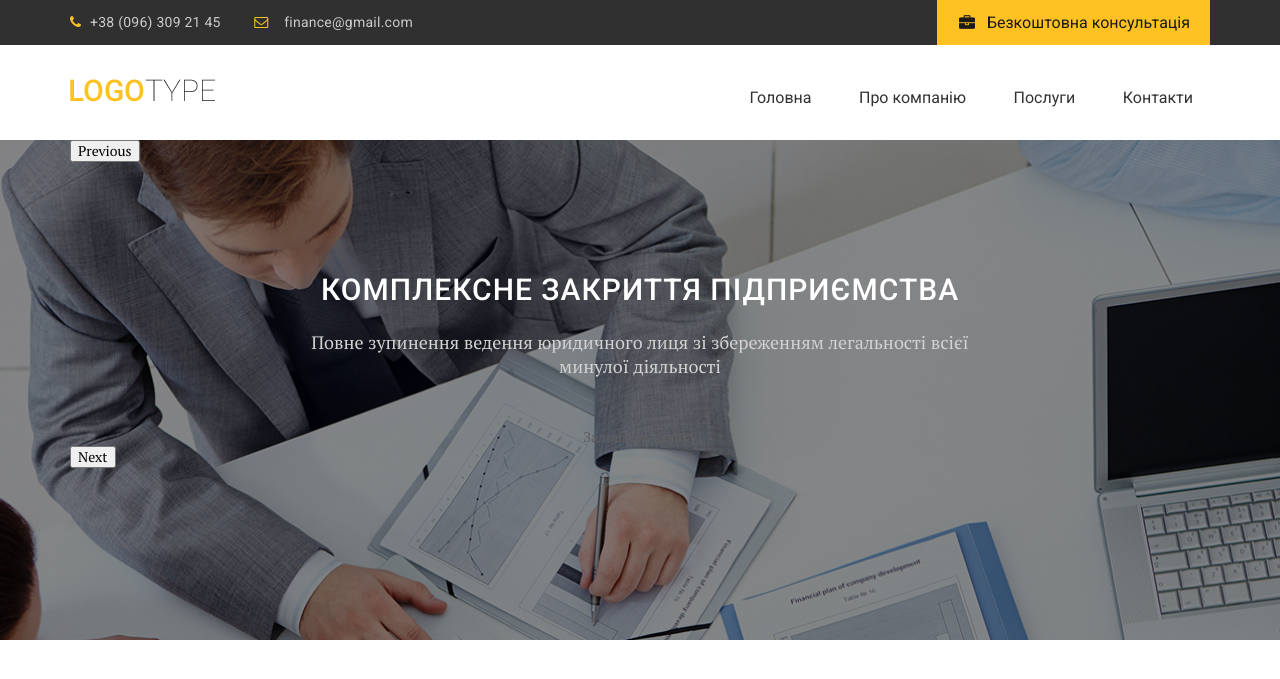
Repository: oliachipko/companysait
Page: index.html
The author's editor kept a copy of each file at every save. The page is drawn from the files as they stood at one save, then again after the next save.
The browser window is 1280 px wide. The pictures show the whole page.

Above is the page before, as saved 2020-11-17 01:52:47.

### index.html
<!DOCTYPE html>
<html lang="en">
  <head>
    <meta charset="UTF-8" />
    <meta name="viewport" content="width=device-width, initial-scale=1.0" />
    <title>Document</title>
    <link rel="preconnect" href="https://fonts.gstatic.com" />
    <link
      href="https://fonts.googleapis.com/css2?family=PT+Serif:wght@400;700&family=Roboto:wght@400;500;700&display=swap"
      rel="stylesheet"/>
    <link rel="stylesheet" href="css/normalize.css" />
    <link rel="stylesheet" href="css/fonts.css">
    <link rel="stylesheet" href="css/jquery.fancybox.min.css">
    <link rel="stylesheet" href="css/slick.css">
    <link rel="stylesheet" href="css/style.css" />
  </head>
  <body>
    <header class="header">
      <div class="header__top">
        <div class="container">
          <div class="header__contacts">
            <a class="header__phone" href="tel:380963092145">+38 (096) 309 21 45</a>
            <a class="header__email" href="#">finance@gmail.com</a>
            <a data-fancybox data-src="#modal" href="javascript:;" href="#" class="header__btn">Безкоштовна консультація</a>
          </div>
        </div>
      </div>
      <div class="header__content">
        <div class="container">
          <div class="header__content-inner">
            <div class="header__logo">
              <a href="#">
                <img src="img/logo.png" alt="" />
              </a>
            </div>
            <nav class="menu">
              <ul>
                <li><a href="#">Головна</a></li>
                <li><a href="#">Про компанію</a></li>
                <li><a href="#">Послуги</a></li>
                <li><a href="#">Контакти</a></li>
              </ul>
            </nav>
          </div>
        </div>
      </div>
    </header>
    <section class="slider">
      <div class="container">
        <div class="slider__inner">
          <div class="slider__item">
            <div class="slider__item-content">
            <div class="slider__title">
              КОМПЛЕКСНЕ ЗАКРИТТЯ ПІДПРИЄМСТВА
            </div>
            <div class="slider__text">
              Повне зупинення ведення юридичного лиця
               зі збереженням легальності всієї минулої діяльності
            </div>
            <div class="slider__btn">
              Залишити заявку
            </div>
          </div>
        </div>

        <div class="slider__item">
          <div class="slider__item-content">
          <div class="slider__title">
            КОМПЛЕКСНЕ ЗАКРИТТЯ ПІДПРИЄМСТВА
          </div>
          <div class="slider__text">
            Повне зупинення ведення юридичного лиця
             зі збереженням легальності всієї минулої діяльності
          </div>
          <div class="slider__btn">
            Залишити заявку
          </div>
        </div>
      </div>

      <div class="slider__item">
        <div class="slider__item-content">
        <div class="slider__title">
          КОМПЛЕКСНЕ ЗАКРИТТЯ ПІДПРИЄМСТВА
        </div>
        <div class="slider__text">
          Повне зупинення ведення юридичного лиця
           зі збереженням легальності всієї минулої діяльності
        </div>
        <a data-fancybox data-src="#modal" href="javascript:;" class="slider__btn">
          Залишити заявку
        </a>
      </div>
    </div>


        </div>
      </div>
    </section>

    <div  id="modal">
      <h2>Hello!</h2>
      <p>You are awesome!</p>
    </div>


    <script src="https://ajax.googleapis.com/ajax/libs/jquery/3.5.1/jquery.min.js"></script>
    <script src="js/jquery.fancybox.min.js"></script>
    <script src="js/slick.min.js"></script>
    <script src="js/main.js"></script>
  </body>
</html>

### css/fonts.css
@font-face {
  font-family: 'icomoon';
  src:  url('../fonts/icomoon.eot?nqt5zc');
  src:  url('../fonts/icomoon.eot?nqt5zc#iefix') format('embedded-opentype'),
    url('../fonts/icomoon.ttf?nqt5zc') format('truetype'),
    url('../fonts/icomoon.woff?nqt5zc') format('woff'),
    url('../fonts/icomoon.svg?nqt5zc#icomoon') format('svg');
  font-weight: normal;
  font-style: normal;
  font-display: block;
}

[class^="icon-"], [class*=" icon-"] {
  /* use !important to prevent issues with browser extensions that change fonts */
  font-family: 'icomoon' !important;
  speak: never;
  font-style: normal;
  font-weight: normal;
  font-variant: normal;
  text-transform: none;
  line-height: 1;

  /* Better Font Rendering =========== */
  -webkit-font-smoothing: antialiased;
  -moz-osx-font-smoothing: grayscale;
}

.icon-envelope-o:before {
  content: "\f003";
}
.icon-check:before {
  content: "\f00c";
}
.icon-map-marker:before {
  content: "\f041";
}
.icon-phone:before {
  content: "\f095";
}
.icon-briefcase:before {
  content: "\f0b1";
}
.icon-bars:before {
  content: "\f0c9";
}
.icon-navicon:before {
  content: "\f0c9";
}
.icon-reorder:before {
  content: "\f0c9";
}
.icon-angle-left:before {
  content: "\f104";
}
.icon-angle-right:before {
  content: "\f105";
}
.icon-quote-left:before {
  content: "\f10d";
}
.icon-quote-right:before {
  content: "\f10e";
}
.icon-ellipsis-v:before {
  content: "\f142";
}

### css/style.css
* {
    box-sizing: border-box;
}

a{
    text-decoration: none;
    display: inline-block;
}

ul,
li{
    list-style: none;
    margin: 0;
    padding: 0;
}
.container{
    max-width: 1170px;
    margin: 0 auto;
    padding: 0 15px;
}

body{
    font-family: 'PT Serif', serif;
    /*font-family: 'Roboto', sans-serif;*/
    font-weight: 400px;
    font-size: 14px;
    line-height: 18px;
    color: #5e5e5e;

}
header {
    font-family: 'Roboto', sans-serif;
}
.header__top{
   background-color: #303030;
}
.header__btn {
    float: right;
    line-height: 36px;
    color: #1b1b1b;
    background-color: #ffc222;
    padding: 5px 20px 4px 50px;
    font-size: 16px;
    position: relative;
}
.header__btn:before {
    content: "\f0b1";
    font-family: 'icomoon';
    position: absolute;
    left: 22px;
    color: #1b1b1b;
}
.header__contacts:after {
    content: "";
    clear: both;
    display: block;
}
.header__phone,
.header__email {
    color:#cbcacb;
    letter-spacing: 0.25px;
    line-height: 45px;
    position: relative;
}
.header__phone {
    padding-left: 20px;
    padding-right: 30px;
}
.header__phone:before {
    content: "\f095";
    font-family: 'icomoon';
    position: absolute;
    left: 0;
    color: #ffc222;
}
.header__email{
    padding-left: 30px;
}
.header__email:before {
    content: "\f003";
    font-family: 'icomoon';
    position: absolute;
    left: 0;
    color: #ffc222;
}
.header__content {
    padding: 34px 0px 23px;
}
.header__content-inner{
    display: flex;
    justify-content: space-between;
}
.menu li {
    display: inline-block;
}
.menu a{
    color: #323232;
    font-size: 16px;
    line-height: 36px;
    border: 1px solid transparent;
    padding: 0px 16px;
    transition: all .3s;
}
.menu a:hover {
    border-color: #ffc222;
}
.menu li + li{
    padding-left: 10px;
}
#modal {
    display: none;"
}
.slider{
    background-image: url(../img/slider-fon.jpg);
    background-repeat: no-repeat;
    background-size: cover;
    background-position: center;
    min-height: 500px;
}
.slider__item-content{
    text-align: center;
    padding-top: 110px;
    max-width: 665px;
    margin: 0 auto;
}
.slider__title{
    text-transform: uppercase;
    font-size: 30px;
    line-height: 36px;
    color: white;
    font-weight: 500;
    letter-spacing: 1px;
    margin-bottom: 22px;
    font-family: 'Roboto', sans-serif;
}
.slider__text{
    line-height: 24px;
    font-size: 18px;
    color: #d3d2d2;
    margin-bottom: 50px;
}

### js/main.js
$(function(){

$('.slider__inner').slick();


});

Loaded but not shown: css/normalize.css (library); css/jquery.fancybox.min.css (library); css/slick.css (common file); js/jquery.fancybox.min.js (library); js/slick.min.js (library)

After the next save:
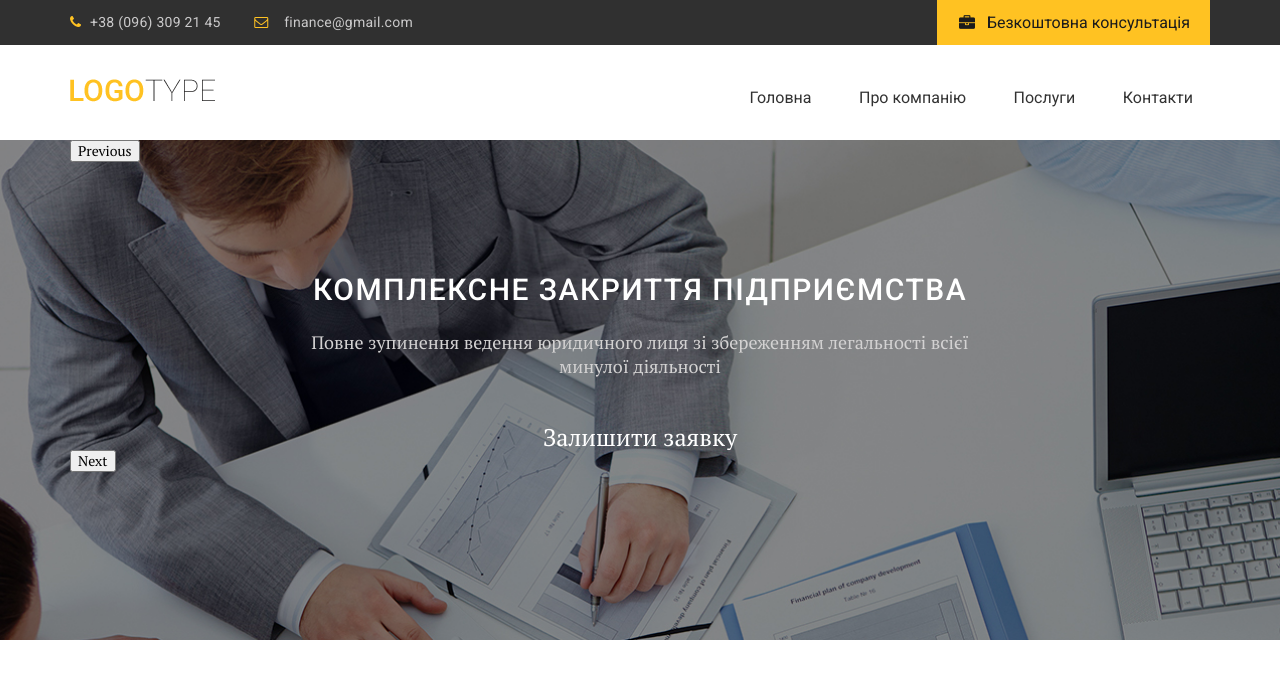
Saved 59 s later.
--- a/css/style.css
+++ b/css/style.css
@@ -129,7 +129,7 @@ header {
     line-height: 36px;
     color: white;
     font-weight: 500;
-    letter-spacing: 1px;
+    letter-spacing: 1.5px;
     margin-bottom: 22px;
     font-family: 'Roboto', sans-serif;
 }
@@ -139,3 +139,8 @@ header {
     color: #d3d2d2;
     margin-bottom: 50px;
 }
+.slider__btn{
+    color: white;
+    font-size: 24px;
+
+}
